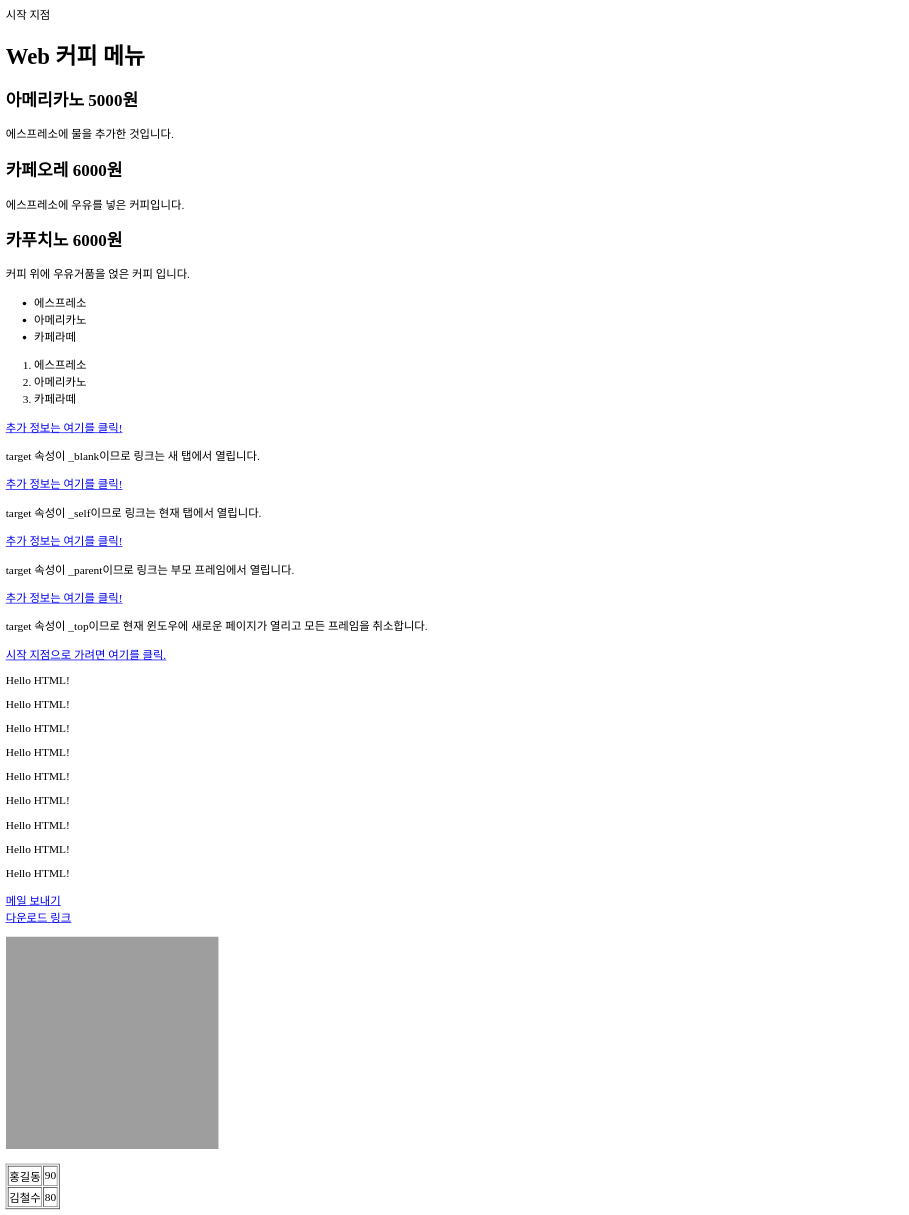
Repository: dhbaek2004/JSPex
Page: http://localhost/UX/UX_01.jsp
These files come from the project's save history. The page is drawn as it stood at one moment and after the next save; the edit follows.
The browser window is 1280 px wide. The pictures show the whole page, at 71% of full size.
Pictures or frames that could not be fetched are drawn as grey boxes. The page is served by Tomcat 9.

Above is the page before, as saved 2020-08-25 09:39:37.

### Infrearn/UX/UX/WebContent/UX_01.jsp
<%@ page language="java" contentType="text/html; charset=EUC-KR"
    pageEncoding="EUC-KR"%>
<!DOCTYPE html>
<html>
<head>
<meta charset="EUC-KR">
<title>Web 커피 메뉴</title>
</head>

<body>

	<a id="section1">시작 지점</a>
	<h1>Web 커피 메뉴</h1>
	<h2>아메리카노 5000원</h2>
	<p>에스프레소에 물을 추가한 것입니다.</p>

	<h2>카페오레 6000원</h2>
	<p>에스프레소에 우유를 넣은 커피입니다.</p>

	<h2>카푸치노 6000원</h2>
	<p>커피 위에 우유거품을 얹은 커피 입니다.</p>

	<ul>
		<li>에스프레소</li>
		<li>아메리카노</li>
		<li>카페라떼</li>
	</ul>

	<ol>
		<li>에스프레소</li>
		<li>아메리카노</li>
		<li>카페라떼</li>
	</ol>

	<a href="http://www.google.com/" target="_blank">추가 정보는 여기를 클릭!</a>
	<p>target 속성이 _blank이므로 링크는 새 탭에서 열립니다.</p>
	<a href="http://www.google.com/" target="_self">추가 정보는 여기를 클릭!</a>
	<p>target 속성이 _self이므로 링크는 현재 탭에서 열립니다.</p>
	<a href="http://www.google.com/" target="_parent">추가 정보는 여기를 클릭!</a>
	<p>target 속성이 _parent이므로 링크는 부모 프레임에서 열립니다.</p>
	<a href="http://www.google.com/" target="_top">추가 정보는 여기를 클릭!</a>
	<p>target 속성이 _top이므로 현재 윈도우에 새로운 페이지가 열리고 모든 프레임을 취소합니다.</p>

	<a href="#section1">시작 지점으로 가려면 여기를 클릭.</a>

	<p> Hello HTML!</p>
	<p> Hello HTML!</p>
	<p> Hello HTML!</p>
	<p> Hello HTML!</p>
	<p> Hello HTML!</p>
	<p> Hello HTML!</p>
	<p> Hello HTML!</p>
	<p> Hello HTML!</p>
	<p> Hello HTML!</p>


	<a href="mailto:dhbaek2004@naver.com?subject=Feedback">메일 보내기</a> <br>

	<a href="http://www.company.com/data.zip">다운로드 링크</a> <br>

	<p> <img src="americano.png" alt="아메리카노 사진" width="300" height="300"> </p>

	<table border="1">

	<tr>
		<td>홍길동</td>
		<td>90</td>
	</tr>

	<tr>
		<td>김철수</td>
		<td>80</td>
	</tr>

	</table>


</body>


</html>

After the next save:
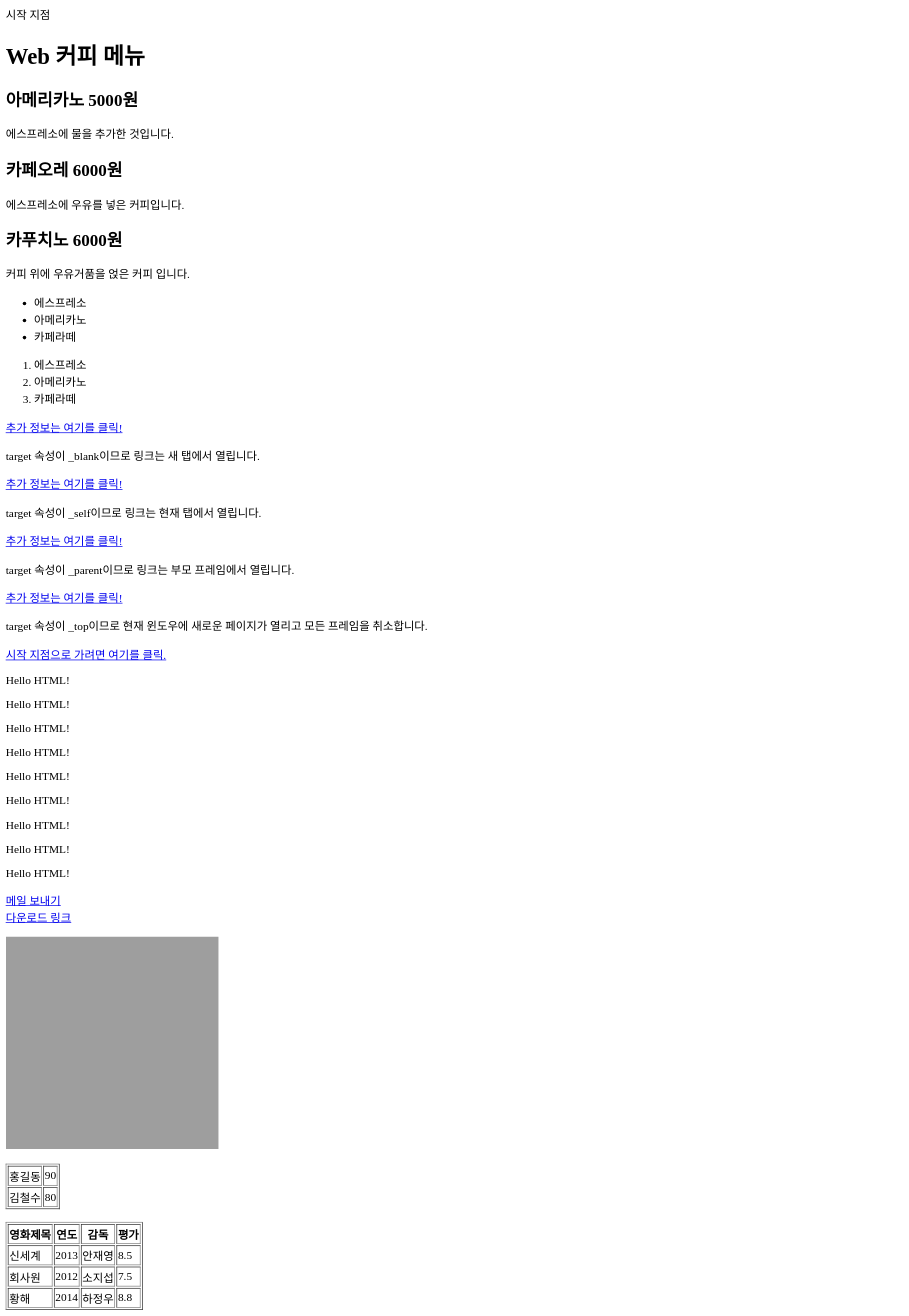
Saved 3 min 20 s later.
--- a/Infrearn/UX/UX/WebContent/UX_01.jsp
+++ b/Infrearn/UX/UX/WebContent/UX_01.jsp
@@ -72,6 +72,35 @@
 		<td>80</td>
 	</tr>
 
+	</table> <br>
+
+	<table border="1">
+	<tr>
+		<th>영화제목</th>
+		<th>연도</th>
+		<th>감독</th>
+		<th>평가</th>
+	</tr>
+	<tr>
+		<td>신세계</td>
+		<td>2013</td>
+		<td>안재영</td>
+		<td>8.5</td>
+	</tr>
+
+	<tr>
+		<td>회사원</td>
+		<td>2012</td>
+		<td>소지섭</td>
+		<td>7.5</td>
+	</tr>
+
+	<tr>
+		<td>황해</td>
+		<td>2014</td>
+		<td>하정우</td>
+		<td>8.8</td>
+	</tr>
 	</table>
 
 
